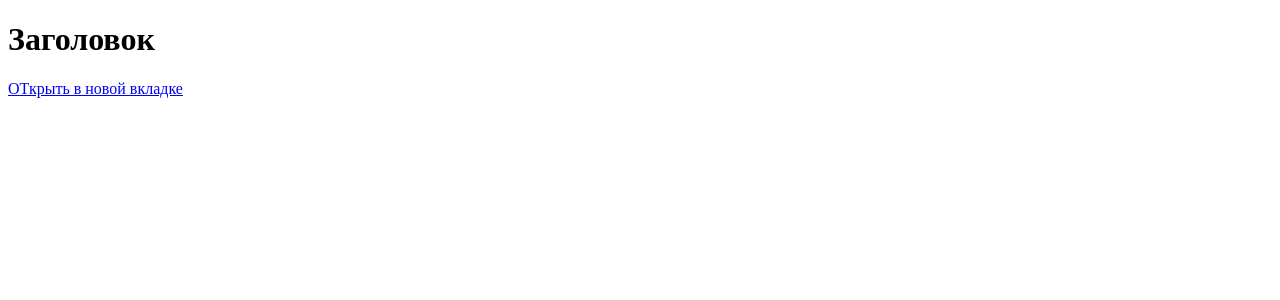
Repository: sannikovcode/exercises-a1
Page: JS/test1/task4/index.html
The author's editor kept a copy of each file at every save. The page is drawn from the files as they stood at one save, then again after the next save.
The browser window is 1280 px wide. The pictures show the whole page.

Above is the page before, as saved 2025-10-17 09:16:25.

After the next save:
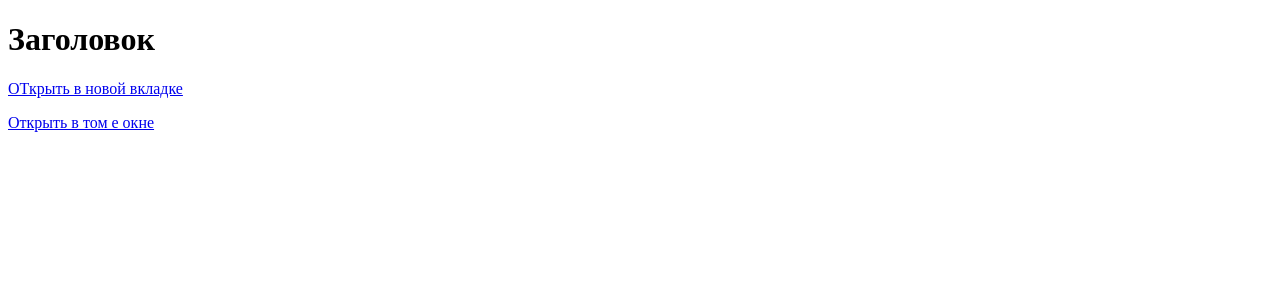
Saved 66 s later.
--- a/JS/test1/task4/index.html
+++ b/JS/test1/task4/index.html
@@ -12,7 +12,7 @@
 
 
 <p><a href="https://example.com" target="_blank"> ОТкрыть в новой вкладке</a></p>
-
+<p><a href="https://example.com" target="_self">Открыть в том е окне</a></p>
 
 
 
